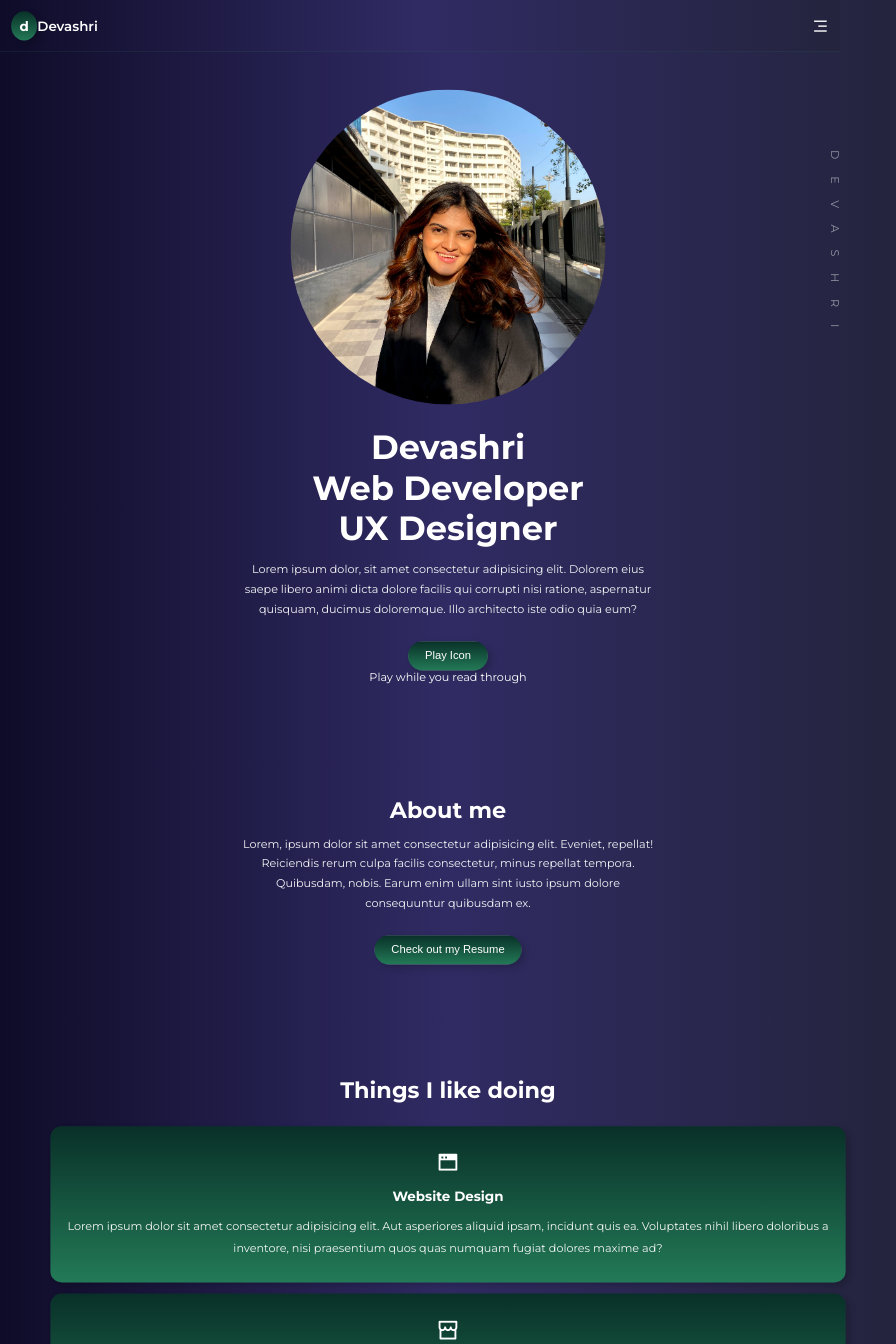
Repository: devashrisamani/devashrisamani.github.io
Page: index.html
An editor plug-in stored every save of this project. The page is shown before and after the next save, followed by the edit.
The browser window is 1280 px wide. The pictures show the part of the page from y = 0 to 1920 px (the page is 2785 px tall before and 2158 px after), at 70% of full size.

Above is the page before, as saved 2025-09-24 19:56:39.

After the next save:
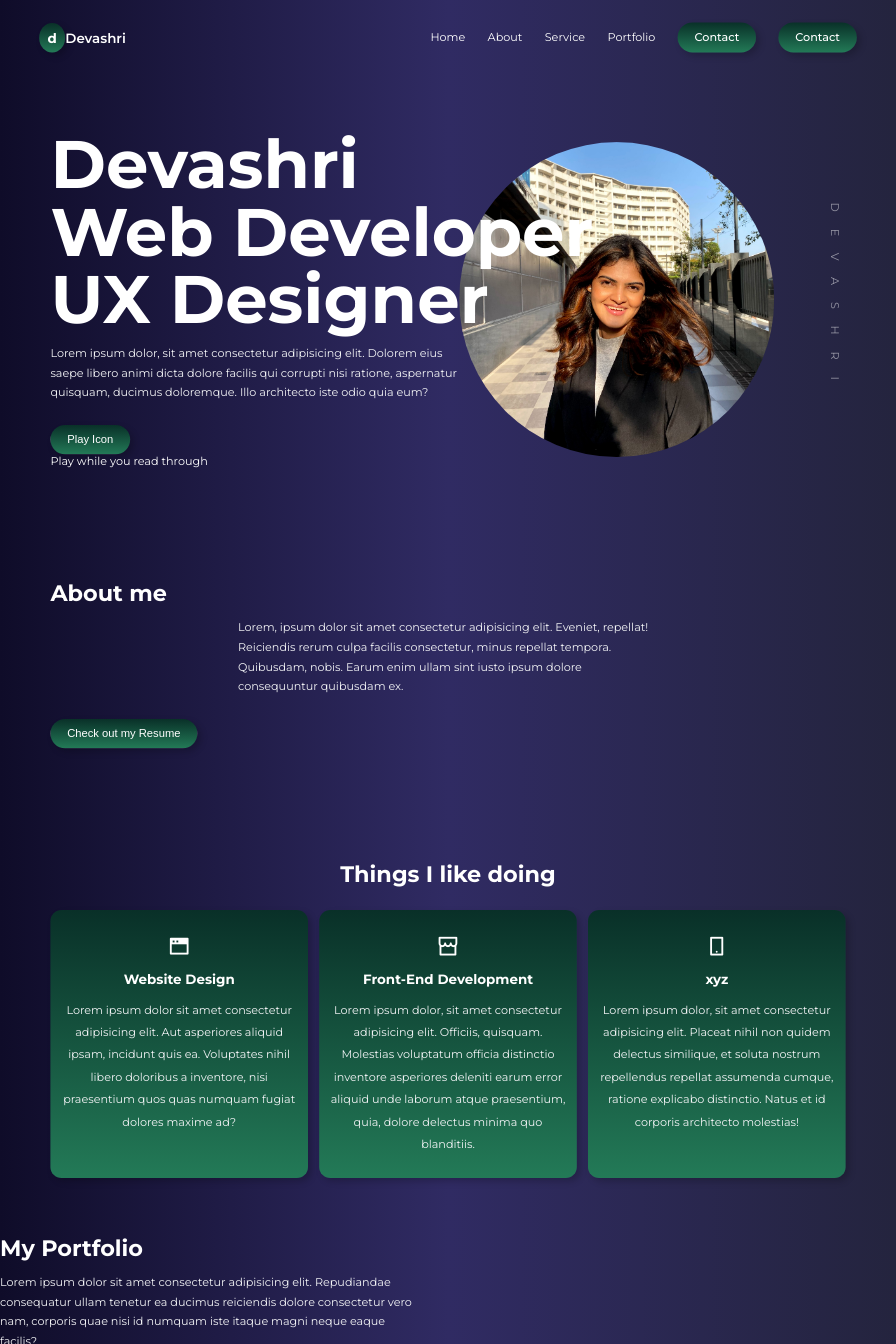
Saved 11 min 20 s later.
--- a/css/styles.css
+++ b/css/styles.css
@@ -282,3 +282,102 @@ a {
   color: var(--extra-light);
   line-height: 2rem;
 }
+
+/* Media Query */
+
+@media (width > 768px) {
+  nav {
+    padding: 2rem 1rem;
+    position: static;
+    display: flex;
+    align-items: center;
+    justify-content: space-between;
+  }
+
+  .nav__bar {
+    padding: 0;
+    background-image: none;
+  }
+
+  .nav__menu__btn {
+    display: none;
+  }
+
+  .nav__links {
+    padding: 0;
+    width: unset;
+    position: static;
+    transform: none;
+    flex-direction: row;
+    background-image: none;
+  }
+
+  .nav__links a:hover {
+    color: var(--secondary-color);
+  }
+
+  .nav__links li:last-child {
+    display: none;
+  }
+
+  .btn__large {
+    display: flex;
+  }
+
+  .header__container {
+    padding-top: 5rem;
+    grid-template-columns: repeat(4, 1fr);
+    align-items: center;
+  }
+
+  .header__image {
+    grid-area: 1/3/2/5;
+  }
+
+  .header__image img {
+    margin-inline-start: unset;
+  }
+
+  .header__content {
+    grid-area: 1/1/2/4;
+    text-align: left;
+  }
+
+  .header__content h1 {
+    font-size: 6rem;
+    line-height: 6rem;
+    text-align: left;
+  }
+
+  .header__content .section__description {
+    text-align: left;
+    margin-inline-start: unset;
+  }
+
+  .about__container {
+    grid-template-columns: repeat(2, 1fr);
+    align-items: center;
+  }
+
+  .about__content,
+  .about__content :is(.section__header, .section__description) {
+    text-align: left;
+  }
+
+  .service__grid {
+    grid-template-columns: repeat(3, 1fr);
+  }
+
+  .portfolio__container :is(.section__header, .section__description) {
+    text-align: left;
+    margin-inline-start: unset;
+  }
+
+  .portfolio__grid {
+    grid-template-columns: repeat(3, 1fr);
+  }
+
+  .portfolio__banner {
+    grid-template-columns: repeat(3, 1fr);
+  }
+}
